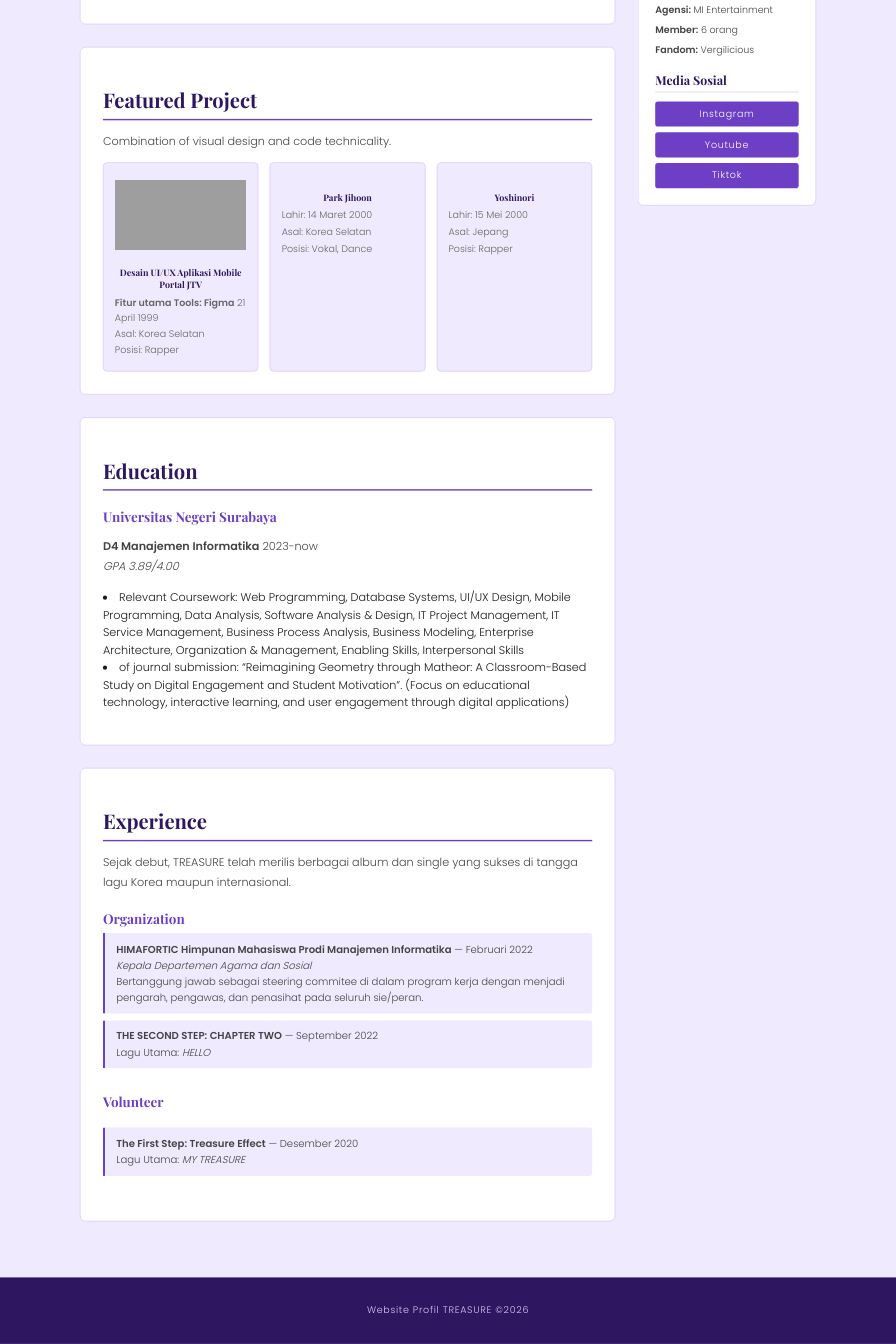
Repository: VergiMutiaRahmasyani/Website-Portofolio
Page: index.html
These files come from the project's save history. The page is drawn as it stood at one moment and after the next save; the edit follows.
The browser window is 1280 px wide. The pictures show the part of the page from y = 767 to 2687 px (the page is 2687 px tall before and 2667 px after), at 70% of full size.
Pictures or frames that could not be fetched are drawn as grey boxes.

Above is the page before, as saved 2026-03-07 13:59:17.

### index.html
<!DOCTYPE html>
<html>
    <head>
        <meta charset="utf-8" />
        <meta name="viewport" content="width=device-width, initial-scale=1.0" />
        <title>Portofolio Vergi</title>

        <!-- My Own CSS -->
        <link rel="stylesheet" href="css/style.css" />

        <!-- Google Fonts -->
        <link rel="preconnect" href="https://fonts.googleapis.com">
        <link rel="preconnect" href="https://fonts.gstatic.com" crossorigin>
        <link href="https://fonts.googleapis.com/css2?family=Playfair+Display:wght@400;700&family=Poppins:wght@300;400;600&display=swap" rel="stylesheet">
    </head>

    <body>

        <!-- HEADER -->
        <header class="site-header">

            <!-- NAVBAR -->
            <div class="navbar">
                <nav class="nav-list">
                    <ul>
                        <li><a href="#About">About Me</a></li>
                        <li><a href="#Work">Work</a></li>
                        <li><a href="Project">Project</a></li>
                        <li><a href="#Education">Education</a></li>
                        <li><a href="Organization">Organization</a></li>
                        <li><a href="https://drive.google.com/file/d/13-ep7ykiG-k7d2KfzBZSPx55XoqW1qHe/view?usp=sharing" target="_blank"> Resume</a></li>
                    </ul>
                </nav>
            </div>

            <div class="hero">
                <div class="hero-overlay">
                    <h1>Welcome, <br> To My Portofolio!</h1>
                </div>
            </div>

        </header>

        <!-- MAIN -->
        <main>
            <div class="content-wrapper">
                <div id="content">
                    <article id="About">
                        <h2>About Me</h2>
                        <p>
                            Saya seorang mahasiswa semester 6 Program Studi Manajemen Informatika di Universitas Negeri Surabaya, yang memiliki rasa
                            ingin tahu dan semangat yang besar. Dengan memiliki peminatan pada UI/UX Design dan Web Development,
                            saya telah berpengalaman dalam menciptakan solusi digital yang user-friendly dan berdampak. Melalui
                            kombinasi hard skills dan soft skills yang saya miliki, saya siap untuk beradaptasi dan memberikan kontribusi
                            nyata pada setiap proyek yang dijalankan.
                        </p>
                    </article>

                    <article id="Project">
                        <h2>Featured Project</h2>
                        <p>
                            Combination of visual design and code technicality.
                        </p>

                        <div class="project-list">
                            <div class="project-card">
                                <img src="D:\STUPEN\celerates\SUBMISSION\Web Portofolio\img\portaljtv.png" alt="Portal JTV" class="project-img" />
                                <h3>Desain UI/UX Aplikasi Mobile Portal JTV</h3>
                                <p><strong>Fitur utama
                                    Tools: Figma</strong> 21 April 1999</p>
                                <p>Asal: Korea Selatan</p>
                                <p>Posisi: Rapper</p>
                            </div>
                            <div class="project-card">
                                <h3>Park Jihoon</h3>
                                <p>Lahir: 14 Maret 2000</p>
                                <p>Asal: Korea Selatan</p>
                                <p>Posisi: Vokal, Dance</p>
                            </div>
                            <div class="project-card">
                                <h3>Yoshinori</h3>
                                <p>Lahir: 15 Mei 2000</p>
                                <p>Asal: Jepang</p>
                                <p>Posisi: Rapper</p>
                            </div>
                        </div>
                    </article>

                    <article >
                        <h2>Education</h2>
                        <h3>Universitas Negeri Surabaya</h3>
                        <p>
                            <strong>D4 Manajemen Informatika</strong>  2023-now
                            <br><em>GPA 3.89/4.00</em>
                            <br>
                        </p>
                        <p>
                            <li> Relevant Coursework: Web Programming, Database Systems, UI/UX Design, Mobile Programming, Data
                                Analysis, Software Analysis & Design, IT Project Management, IT Service Management, Business Process
                                Analysis, Business Modeling, Enterprise Architecture, Organization & Management, Enabling Skills,
                                Interpersonal Skills</li>
                            <li> of journal submission: “Reimagining Geometry through Matheor: A Classroom-Based Study on Digital
                                Engagement and Student Motivation”. (Focus on educational technology, interactive learning, and user
                                engagement through digital applications)</li>
                        </p>
                    </article>

                    <article id="pengalaman">
                        <h2>Experience</h2>
                        <p>
                            Sejak debut, TREASURE telah merilis berbagai album dan single yang sukses di tangga lagu Korea maupun internasional.
                        </p>

                        <h3> Organization </h3>
                        <ul class="pengalaman-list">
                            <li>
                                <strong>HIMAFORTIC Himpunan Mahasiswa Prodi Manajemen Informatika</strong> — Februari 2022
                                <br><em>Kepala Departemen Agama dan Sosial</em>
                                <br>Bertanggung jawab sebagai steering commitee di dalam program kerja dengan menjadi pengarah,
                                pengawas, dan penasihat  pada seluruh sie/peran.
                            </li>
                            <li>
                                <strong>THE SECOND STEP: CHAPTER TWO</strong> — September 2022
                                <br>Lagu Utama: <em>HELLO</em>
                            </li>


                        <h3>Volunteer</h3>
                        <ul class="pengalaman-list">
                            <li>
                                <strong>The First Step: Treasure Effect</strong> — Desember 2020
                                <br>Lagu Utama: <em>MY TREASURE</em>
                            </li>
                    </article>

                </div>

                <!-- ASIDE -->
                <aside>
                    <div class="aside-inner">
                        <h3>Info Singkat</h3>
                        <img src="img/vergi photo.jpeg" alt="Foto Vergi" class="aside-img" />
                        <ul class="aside-info">
                            <li><strong>Debut:</strong> 7 Maret 2026</li>
                            <li><strong>Agensi:</strong> MI Entertainment</li>
                            <li><strong>Member:</strong> 6 orang</li>
                            <li><strong>Fandom:</strong> Vergilicious</li>
                        </ul>

                        <h3>Media Sosial</h3>
                        <ul class="aside-social">
                            <li><a href="https://www.instagram.com/yg_treasure_official/" target="_blank">Instagram</a></li>
                            <li><a href="https://www.youtube.com/@TREASURE" target="_blank">Youtube</a></li>
                            <li><a href="https://tiktok.com/@yg_treasure_tiktok" target="_blank">Tiktok</a></li>
                        </ul>
                    </div>
                </aside>
            </div>

        </main>

        <!-- FOOTER -->
        <footer>
            <p>Website Profil TREASURE &copy;2026 </p>
        </footer>

    </body>
</html>

### css/style.css
*,
*::before,
*::after {
    box-sizing: border-box;
}

/* =====================
   PALET WARNA UNGU
   --ungu-gelap   : #2e1760  (navbar, footer)
   --ungu-utama   : #6c3fc5  (aksen utama)
   --ungu-sedang  : #9b6ee0  (hover, border)
   --ungu-muda    : #d8c8f5  (border ringan)
   --ungu-pucat   : #f0eaff  (background halaman)
   ===================== */

body {
    font-family: 'Poppins', sans-serif;
    font-weight: 300;
    background-color: #f0eaff;
    color: #1a1a1a;
    margin: 0;
}


/* =====================
   HEADER
   ===================== */

header.site-header {
    background-color: #2e1760;
    color: white;
}

/* NAVBAR */
header.site-header .navbar {
    padding: 1rem 2rem;
    position: fixed;
    top: 0;
    left: 0;
    right: 0;
    width: 100%;
    z-index: 999;
    background-color: #2e1760;
}

header.site-header .nav-list ul {
    list-style: none;
    padding: 0;
    margin: 0;

    display: flex;
    justify-content: center;
    gap: 2rem;
}

header.site-header .nav-list li a {
    text-decoration: none;
    color: #d8c8f5;
    font-size: 0.9rem;
    font-weight: 400;
    letter-spacing: 1px;
    transition: color 0.2s ease;
}

header.site-header .nav-list li a:hover {
    color: white;
}

/* HERO */
header.site-header .hero {
    position: relative;
    width: 100%;
    height: 370px;
    overflow: hidden;
    margin-top: 57px;
}

header.site-header .hero .hero-overlay {
    position: absolute;
    inset: 0;
    display: flex;
    align-items: center;
    justify-content: center;
}

header.site-header .hero .hero-overlay h1 {
    font-family: 'Playfair Display', serif;
    font-size: 5rem;
    letter-spacing: 10px;
    color: white;
    margin: 0;
    text-align: center;
}


/* =====================
   MAIN & LAYOUT
   ===================== */

main {
    max-width: 1100px;
    margin-inline: auto;
    padding: 2rem 1.5rem;
}

.content-wrapper {
    display: flex;
    gap: 2rem;
    align-items: flex-start;
}

#content {
    flex: 3;

    display: flex;
    flex-direction: column;
    gap: 2rem;
}


/* =====================
   ARTICLE
   ===================== */

article {
    background-color: white;
    border: 1px solid #d8c8f5;
    border-radius: 8px;
    padding: 2rem;
}

article h2 {
    font-family: 'Playfair Display', serif;
    font-size: 1.8rem;
    margin-bottom: 1rem;
    padding-bottom: 0.5rem;
    border-bottom: 2px solid #6c3fc5;
    color: #2e1760;
}

article h3 {
    font-family: 'Playfair Display', serif;
    font-size: 1.2rem;
    margin-top: 1.5rem;
    margin-bottom: 0.5rem;
    color: #6c3fc5;
}

article p {
    line-height: 1.8;
    margin-bottom: 1rem;
    color: #444;
}


/* =====================
   TABEL INFO
   ===================== */

.info-table {
    width: 100%;
    border-collapse: collapse;
    margin-top: 1.5rem;
}

.info-table th,
.info-table td {
    padding: 0.6rem 1rem;
    text-align: left;
    border-bottom: 1px solid #d8c8f5;
    font-size: 0.95rem;
}

.info-table th {
    width: 35%;
    font-weight: 600;
    color: #2e1760;
    background-color: #f0eaff;
}

.info-table td {
    color: #444;
}


/* =====================
   PROJECT CARDS
   ===================== */

.project-list {
    display: flex;
    flex-wrap: wrap;
    gap: 1rem;
    margin-top: 0.5rem;
}

.project-card {
    flex: 1 1 160px;
    background-color: #f0eaff;
    border: 1px solid #d8c8f5;
    border-radius: 6px;
    padding: 1rem;
}

.project-img {
    width: 100%;
    max-width: 250px;
    height: 100px;
    object-fit:cover;
    object-position: top;
    display: block;
    margin: 0.5rem auto 1rem auto;
    border-radius: 0px;
}

.project-card h3 {
    font-size: 0.8rem;
    margin-top: 0.5;
    margin-bottom: 0.5rem;
    text-align: center;
    color: #2e1760;
}

.project-card p {
    font-size: 0.85rem;
    color: #666;
    margin: 0.2rem 0;
    line-height: 1.5;
}


/* =====================
   ALBUM LIST
   ===================== */

.pengalaman-list {
    list-style: none;
    padding: 0;
    margin: 0.5rem 0 1rem 0;

    display: flex;
    flex-direction: column;
    gap: 0.6rem;
}

.pengalaman-list li {
    padding: 0.7rem 1rem;
    background-color: #f0eaff;
    border-left: 3px solid #6c3fc5;
    border-radius: 0 4px 4px 0;
    font-size: 0.9rem;
    color: #444;
    line-height: 1.6;
}


/* =====================
   ASIDE
   ===================== */

aside {
    flex: 1;
    position: sticky;
    top: 80px;
}

aside .aside-inner {
    background-color: white;
    border: 1px solid #d8c8f5;
    border-radius: 8px;
    padding: 1.5rem;
}

aside h3 {
    font-family: 'Playfair Display', serif;
    font-size: 1.1rem;
    margin-top: 1.2rem;
    margin-bottom: 0.8rem;
    padding-bottom: 0.4rem;
    border-bottom: 1px solid #d8c8f5;
    color: #2e1760;
}

aside h3:first-child {
    margin-top: 0;
}

.aside-img {
    width: 100%;
    max-width: 250px;
    height: 200px;
    object-fit: cover;
    object-position: center;
    display: block;
    margin: 0.5rem auto 1rem auto;
    border-radius: 100px;
}

.aside-info {
    list-style: none;
    padding: 0;
    margin: 0;

    display: flex;
    flex-direction: column;
    gap: 0.4rem;
}

.aside-info li {
    font-size: 0.85rem;
    color: #444;
    line-height: 1.6;
}

.aside-social {
    list-style: none;
    padding: 0;
    margin: 0;

    display: flex;
    flex-direction: column;
    gap: 0.5rem;
}

.aside-social li a {
    display: block;
    text-align: center;
    padding: 0.5rem;
    background-color: #6c3fc5;
    color: white;
    text-decoration: none;
    border-radius: 4px;
    font-size: 0.85rem;
    letter-spacing: 1px;
    transition: background-color 0.2s ease;
}

.aside-social li a:hover {
    background-color: #9b6ee0;
}


/* =====================
   FOOTER
   ===================== */

footer {
    background-color: #2e1760;
    color: #d8c8f5;
    text-align: center;
    padding: 1.5rem;
    margin-top: 3rem;
    font-size: 0.85rem;
    letter-spacing: 1px;
}


/* =====================
   RESPONSIVE
   ===================== */

@media screen and (max-width: 768px) {
    header.site-header .nav-list ul {
        flex-wrap: wrap;
        justify-content: center;
        gap: 0.8rem;
    }

    .content-wrapper {
        flex-direction: column;
    }

    aside {
        position: static;
        width: 100%;
    }

    .project-card {
        flex: 1 1 130px;
    }
}

After the next save:
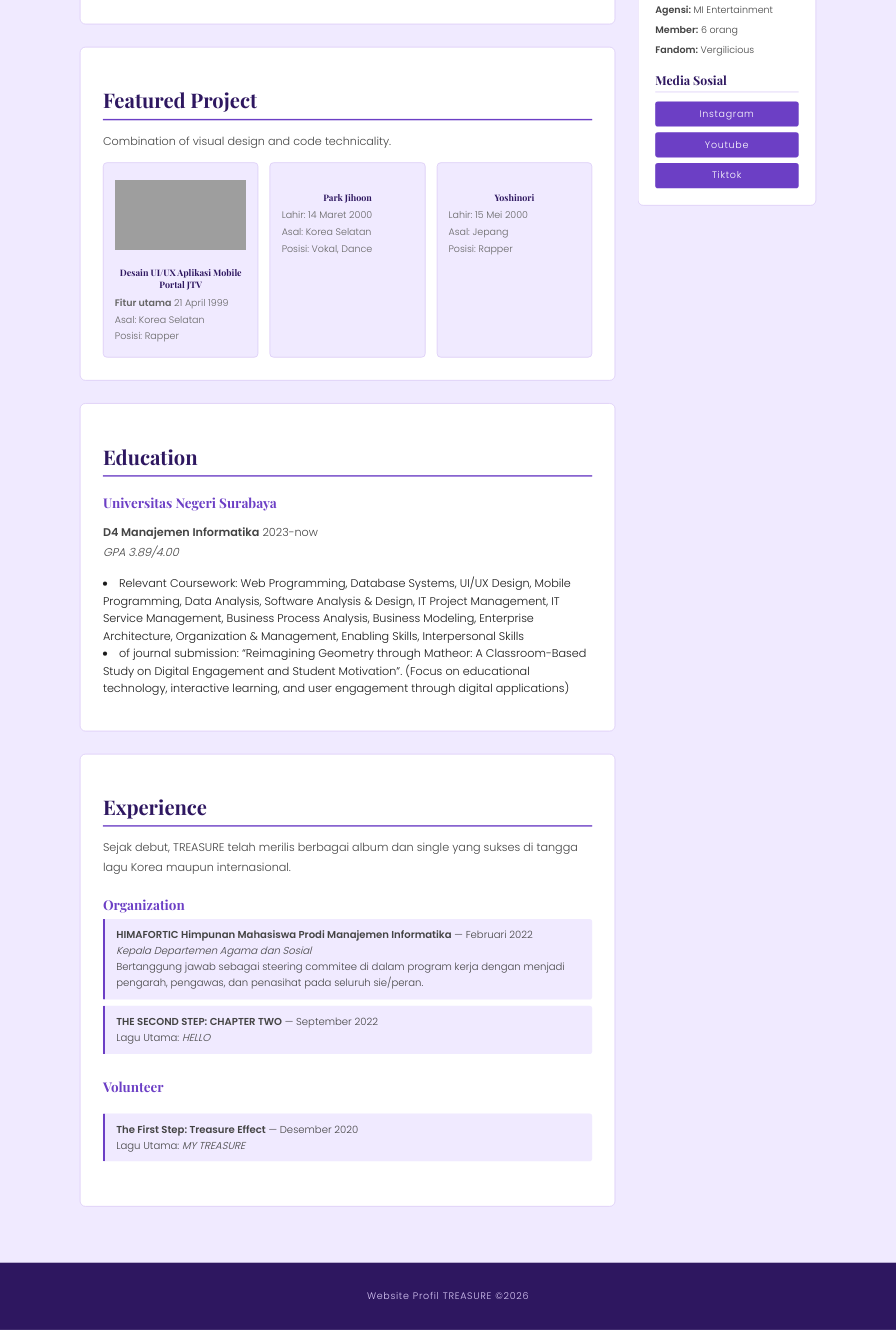
Saved 8 s later.
--- a/index.html
+++ b/index.html
@@ -66,8 +66,7 @@
                             <div class="project-card">
                                 <img src="D:\STUPEN\celerates\SUBMISSION\Web Portofolio\img\portaljtv.png" alt="Portal JTV" class="project-img" />
                                 <h3>Desain UI/UX Aplikasi Mobile Portal JTV</h3>
-                                <p><strong>Fitur utama
-                                    Tools: Figma</strong> 21 April 1999</p>
+                                <p><strong>Fitur utama</strong> 21 April 1999</p>
                                 <p>Asal: Korea Selatan</p>
                                 <p>Posisi: Rapper</p>
                             </div>
